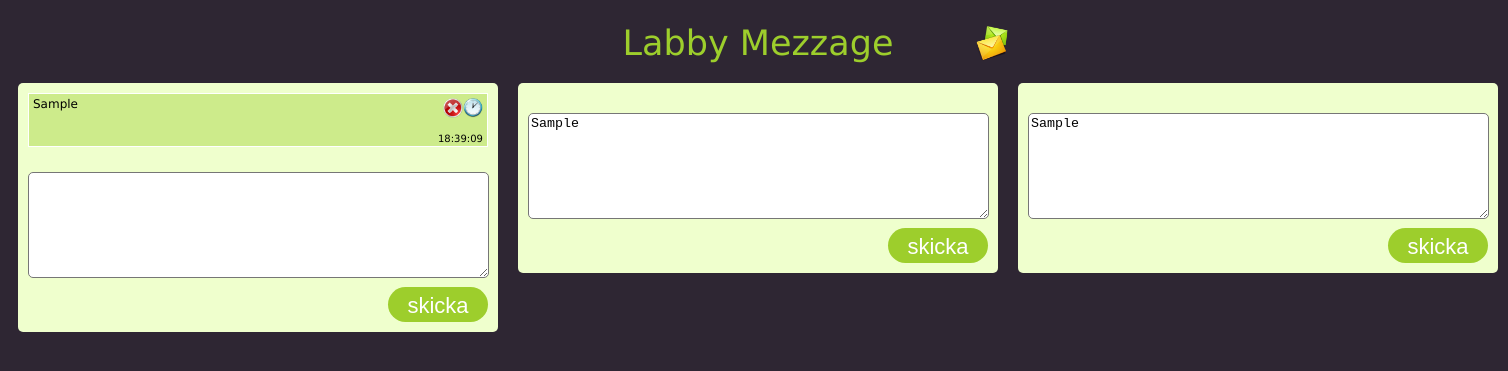
Repository: ad222kr/1dv403-laborationer
Page: 2-labbymezzage/index.html
The author's editor kept a record of every edit. The page is drawn from the files as they stood at one moment, then again after the next edit.
The browser window is 1280 px wide. The page is 1508 px wide, so the pictures cover 1508 px, including what lies to the right of the window. The pictures show the whole page.
Empty fields were first filled with sample values (such as "Sample", 5 or name@example.com).
After loading, the first visible `input.button` was clicked once.

Above is the page before.

After the next edit:
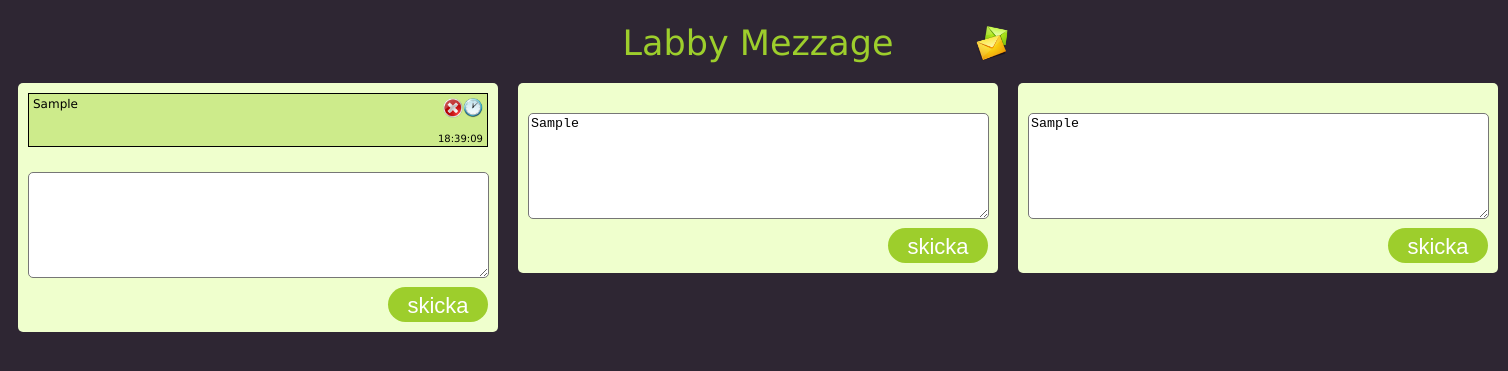
The edit:
--- a/2-labbymezzage/css/style.css
+++ b/2-labbymezzage/css/style.css
@@ -106,7 +106,7 @@
 
     margin-bottom: 5px;
     font-size: 12px;
-    border: solid 1px;
+    border: solid 1px black;
     background: #cdeb8b;
     padding: 4px;
 }
